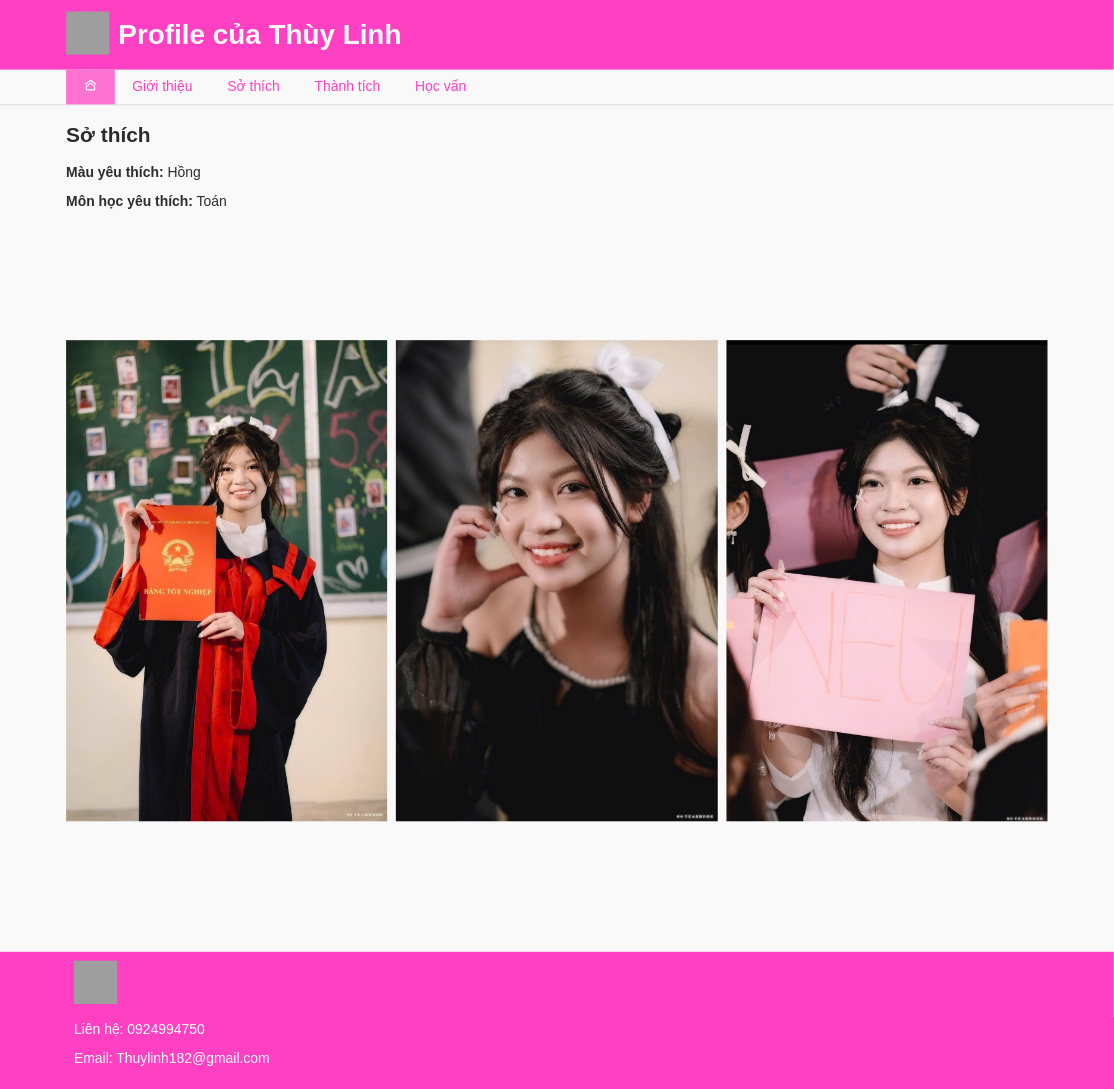
Repository: DucLong-PD07979/profile-vu-thuy-linh
Page: so-thich.html
An editor plug-in stored every save of this project. The page is shown before and after the next save, followed by the edit.
The browser window is 1280 px wide. The pictures show the whole page, at 87% of full size.
Pictures or frames that could not be fetched are drawn as grey boxes.

Above is the page before, as saved 2025-03-13 21:25:11.
Not found: script.js

After the next save:
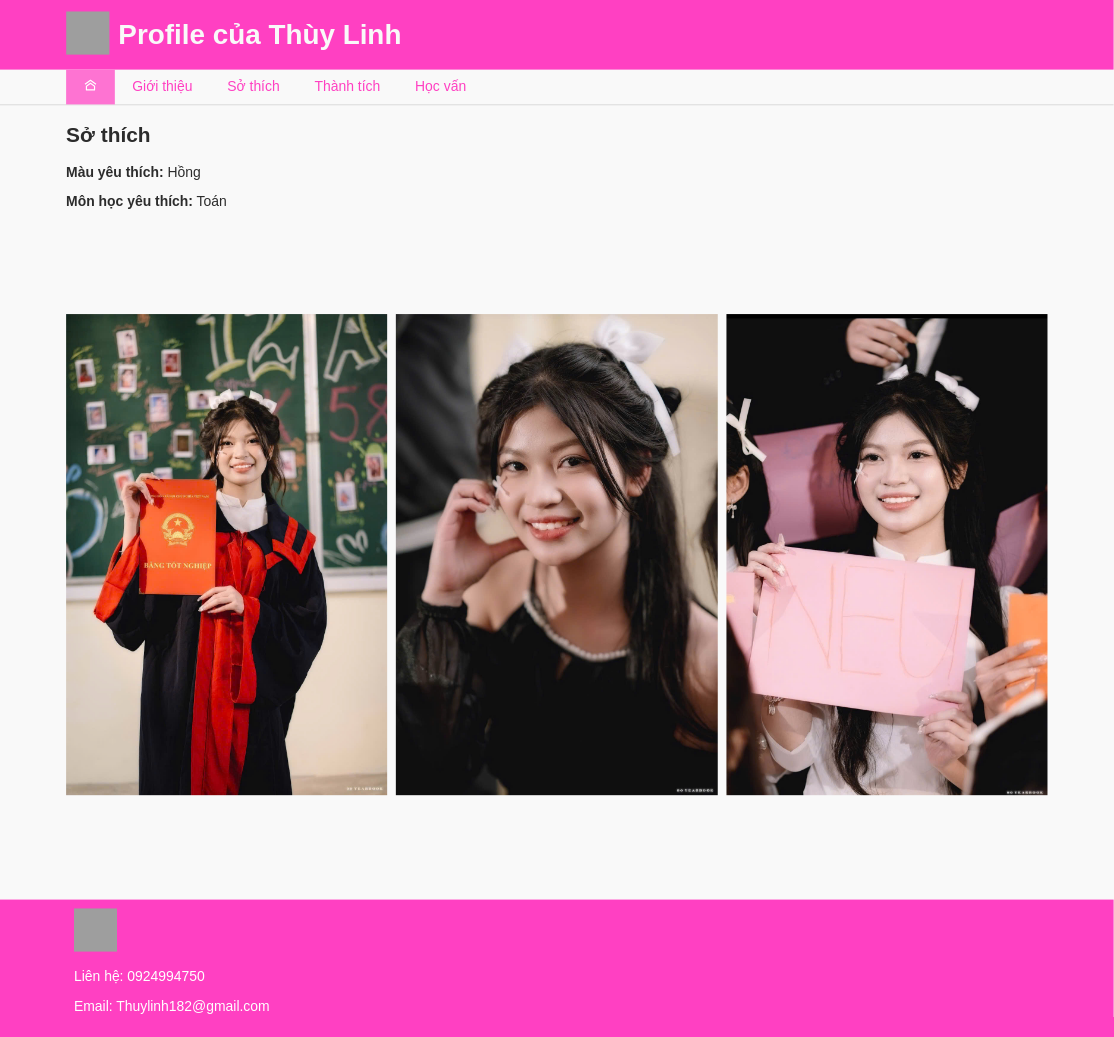
Saved 11 s later.
--- a/css/main.css
+++ b/css/main.css
@@ -233,8 +233,8 @@ nav ul li:hover .menu-children {
 
 .hobbies-section-content .images {
     width: 100%;
-    margin-top: 150px;
-    margin-bottom: 150px;
+    margin-top: 120px;
+    margin-bottom: 120px;
 }
 
 .hobbies-section-content .images img {
